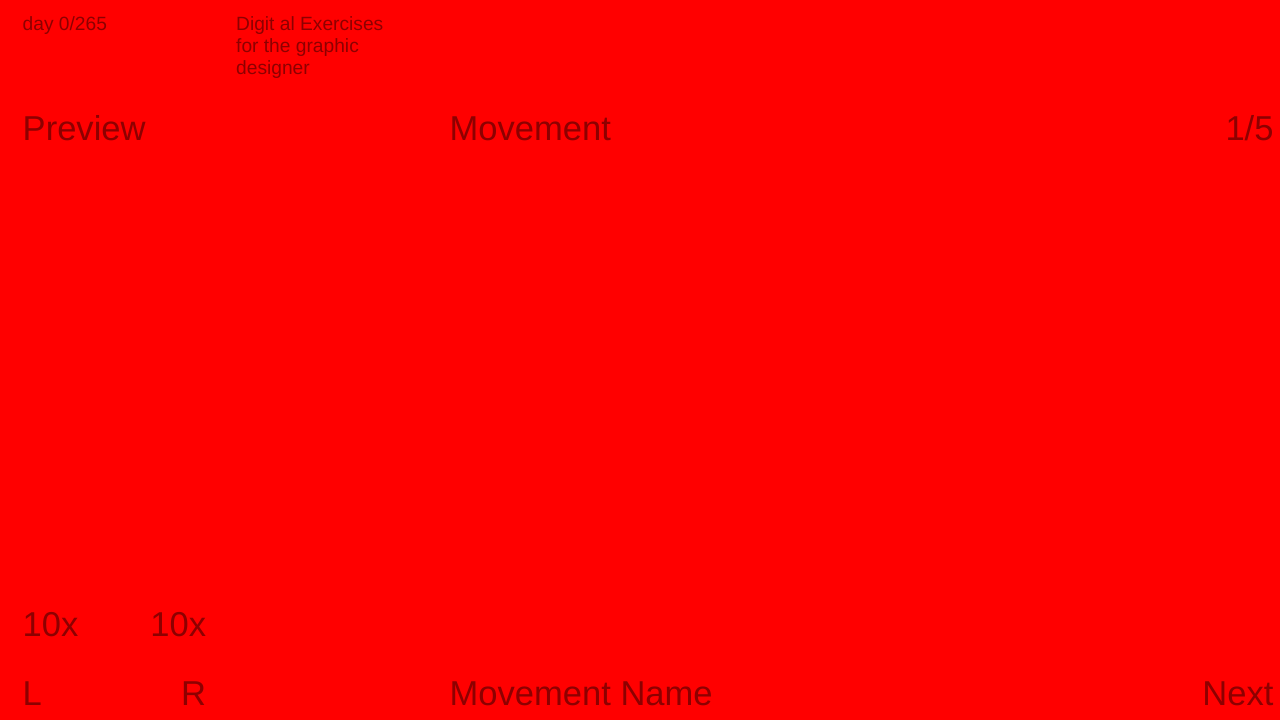
Repository: NoIdeasStudio/holiday-card-2024
Page: digit-al-exercises.html
An editor plug-in stored every save of this project. The page is shown before and after the next save, followed by the edit.
The browser window is 1280 px wide. The pictures show the whole page.

Above is the page before, as saved 2024-12-04 12:51:19.

After the next save:
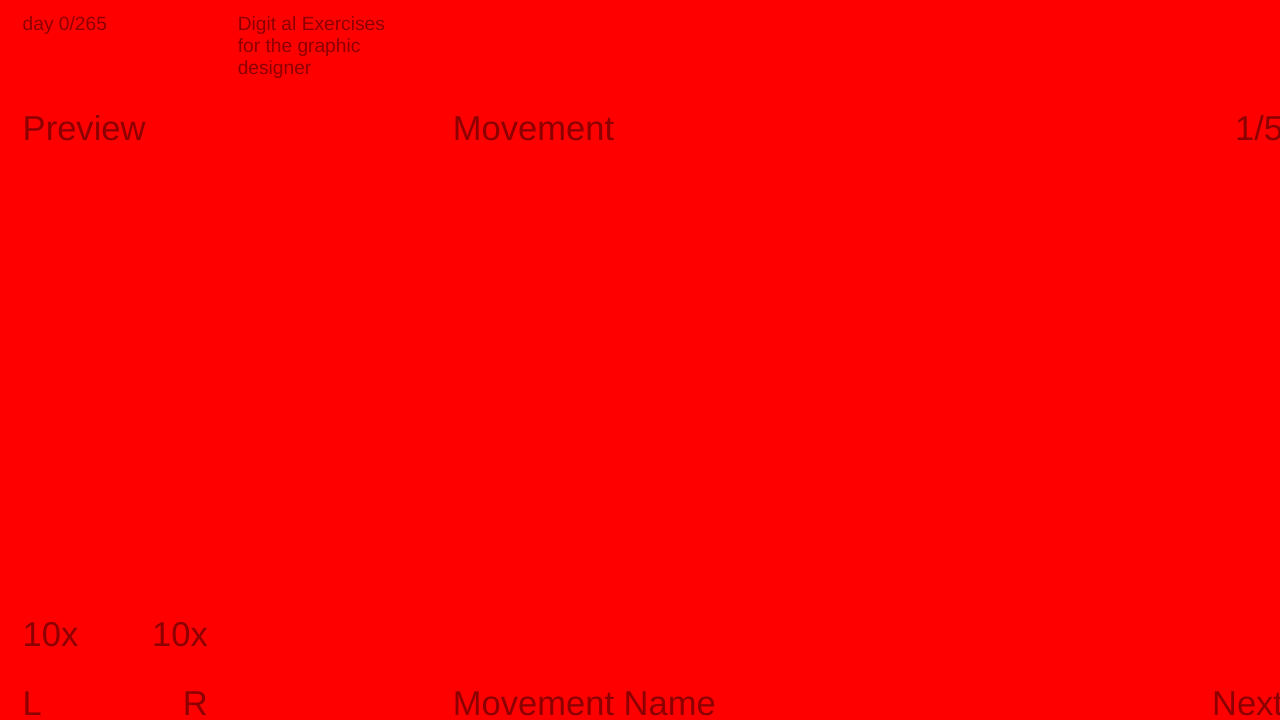
Saved 7 s later.
--- a/style.css
+++ b/style.css
@@ -15,8 +15,6 @@
     grid-template-rows: repeat(12, [row-start] 4fr);
     gap: 20px;
     padding-left: .5em;
-    padding-right: .5em;
-    padding-bottom: .5em;
   }
 
   .wrapper > * {
